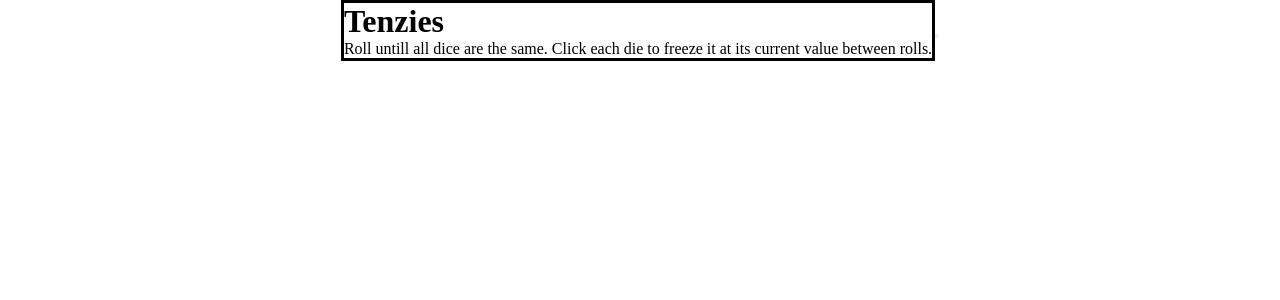
Repository: 2iaad/React
Page: /
An editor plug-in stored every save of this project. The page is shown before and after the next save, followed by the edit.
The browser window is 1280 px wide. The pictures show the whole page.
The project was rebuilt for these pictures with package versions that can differ from the ones it lists, and the page was loaded fresh each time. Also part of the build but not shown: vite.config.js.

Above is the page before, as saved 2025-12-05 23:59:20.

### index.html
<!doctype html>
<html lang="en">

<head>
  <meta charset="UTF-8" />
  <link rel="icon" type="image/svg+xml" href="/vite.svg" />
  <meta name="viewport" content="width=device-width, initial-scale=1.0" />
  <title>my-react</title>
</head>

<body>
  <div id="root"></div>
  <script type="module" src="/src/main.jsx"></script>
</body>

</html>

### src/index.css
* {
  padding: 0;
  margin: 0;
}

div#root {

  display: flex;
  justify-content: center;
  align-items: center;
}

### src/App.jsx
import './App.css'
import Header from './components/Header'
import Main from './components/Main'

export default function App() {

  return (
    <>
      <Header />
      <Main />
    </>
  )
}

### src/App.css
header {
  border: 3px solid black;
}

main {

}

### src/components/Header.jsx
export default function Header()
{
    const headerName = "Tenzies"
    const intro = "Roll untill all dice are the same. Click each die to freeze it at its current value between rolls."

    return (
        <header>
            <h1>{headerName}</h1>
            <p>{intro}</p>
        </header>
    )
}

### src/components/Main.jsx
export default function Main() {

    return (
        <main>
            <div id="numbers">

            </div>
            <button>

            </button>
        </main>
    )
}

Loaded but not shown: src/main.jsx (common file)

After the next save:
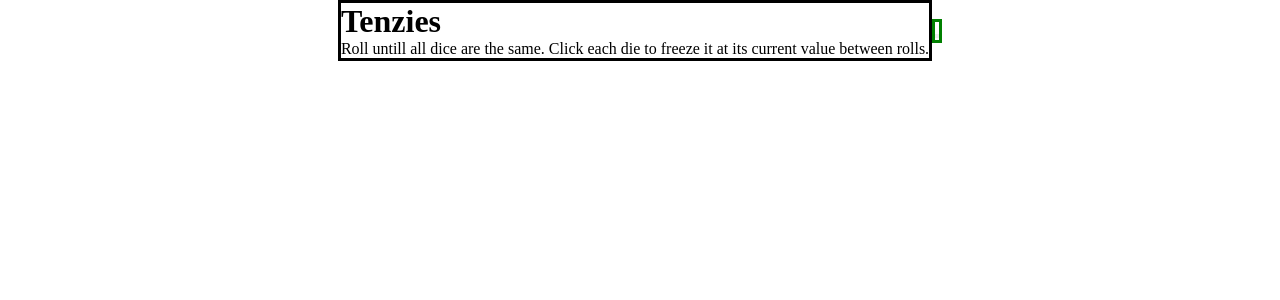
Saved 13 s later.
--- a/src/App.css
+++ b/src/App.css
@@ -3,5 +3,5 @@ header {
 }
 
 main {
-
+  border: 3px solid green;
 }
